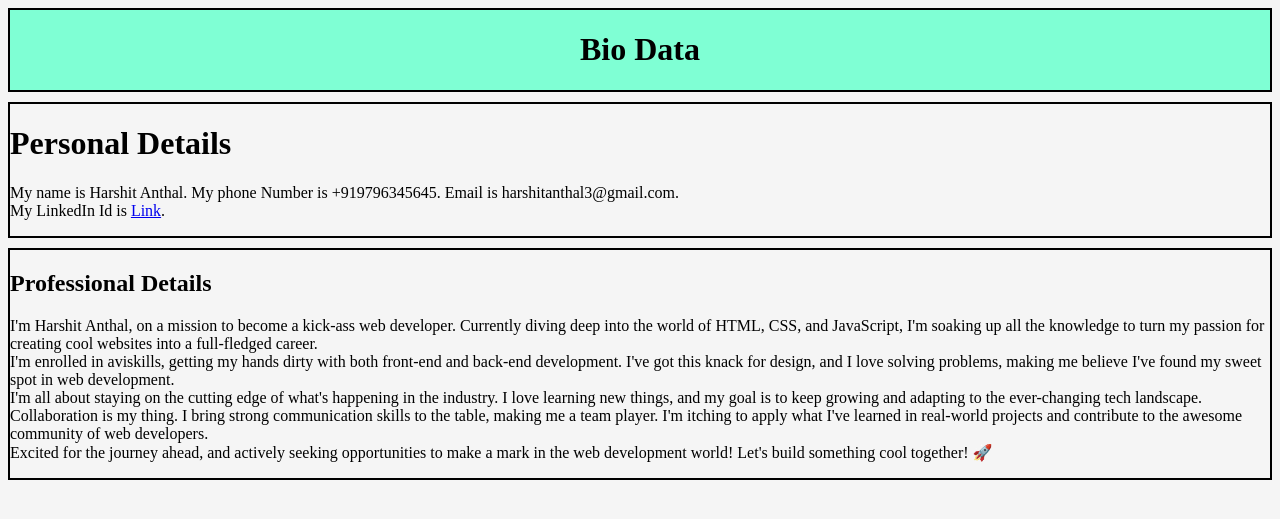
Repository: harshitanthal1/assignments_avisoft
Page: 31-01-2024/Assignment_1/index.html
An editor plug-in stored every save of this project. The page is shown before and after the next save, followed by the edit.
The browser window is 1280 px wide. The pictures show the whole page.

Above is the page before, as saved 2024-01-31 13:24:08.

### 31-01-2024/Assignment_1/index.html
<!DOCTYPE html>
<html lang="en">
<head>
    <meta charset="UTF-8">
    <meta name="viewport" content="width=device-width, initial-scale=1.0">
    <title>Bio Data</title>
    <link rel="stylesheet" href="styles/styles.css">
</head>
<body>
    <header>
        <h1>Bio Data</h1>
    </header>
    <main>
        <h1>Personal Details</h1>
        <p>
            My name is Harshit Anthal. My phone Number is +919796345645. Email  is harshitanthal3@gmail.com.<br />
            My LinkedIn Id is <a href="https://www.linkedin.com/in/harshit-anthal-688290253/">Link</a>.
        </p>
    </main>
    <div>
        <h2>Professional Details</h2>
        <p>
            I'm Harshit Anthal, on a mission to become a kick-ass web developer. Currently diving deep into the world of HTML, CSS, and JavaScript, I'm soaking up all the knowledge to turn my passion for creating cool websites into a full-fledged career.
            <br />

            I'm enrolled in aviskills, getting my hands dirty with both front-end and back-end development. I've got this knack for design, and I love solving problems, making me believe I've found my sweet spot in web development.
            <br />

            I'm all about staying on the cutting edge of what's happening in the industry. I love learning new things, and my goal is to keep growing and adapting to the ever-changing tech landscape.
            <br />

            Collaboration is my thing. I bring strong communication skills to the table, making me a team player. I'm itching to apply what I've learned in real-world projects and contribute to the awesome community of web developers.
            <br />

            Excited for the journey ahead, and actively seeking opportunities to make a mark in the web development world! Let's build something cool together! 🚀
        </p>

    </div>
</body>
</html>

### 31-01-2024/Assignment_1/styles/styles.css
body {
    background-color: whitesmoke;
}

header {
    border: 2px solid black;
    text-align: center;
    background-color:aquamarine;
}

main, div {
    border: 2px solid black;
    margin-bottom: 10px;
    margin-top: 10px;
    background-color:
}

After the next save:
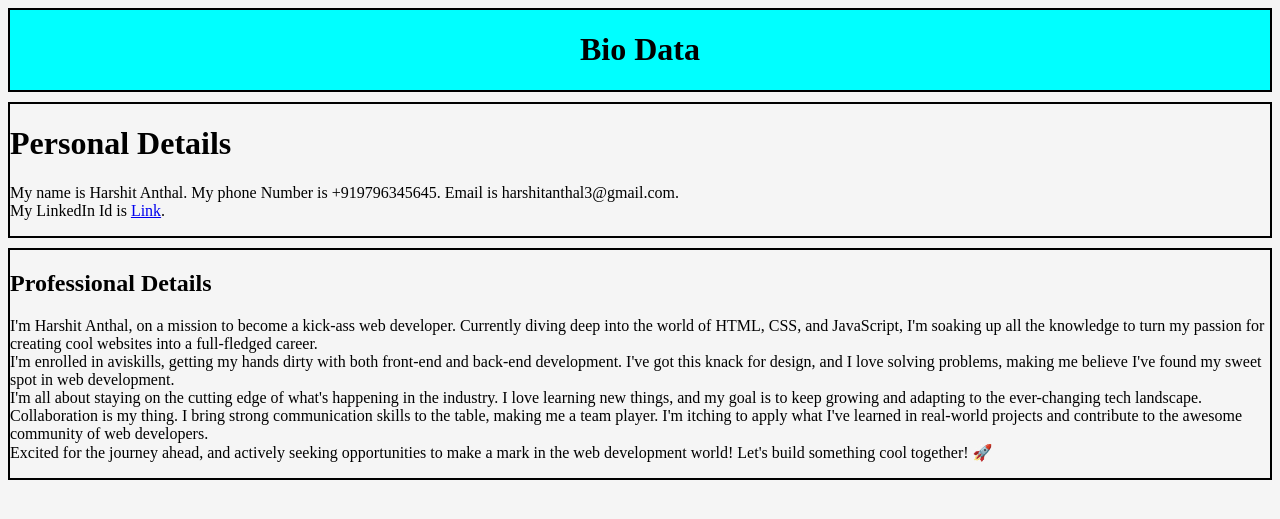
Saved 3 min 56 s later.
--- a/31-01-2024/Assignment_1/styles/styles.css
+++ b/31-01-2024/Assignment_1/styles/styles.css
@@ -5,12 +5,12 @@
 header {
     border: 2px solid black;
     text-align: center;
-    background-color:aquamarine;
+    background-color: aqua;
 }
 
 main, div {
     border: 2px solid black;
     margin-bottom: 10px;
     margin-top: 10px;
-    background-color:
+    background-color :
 }
